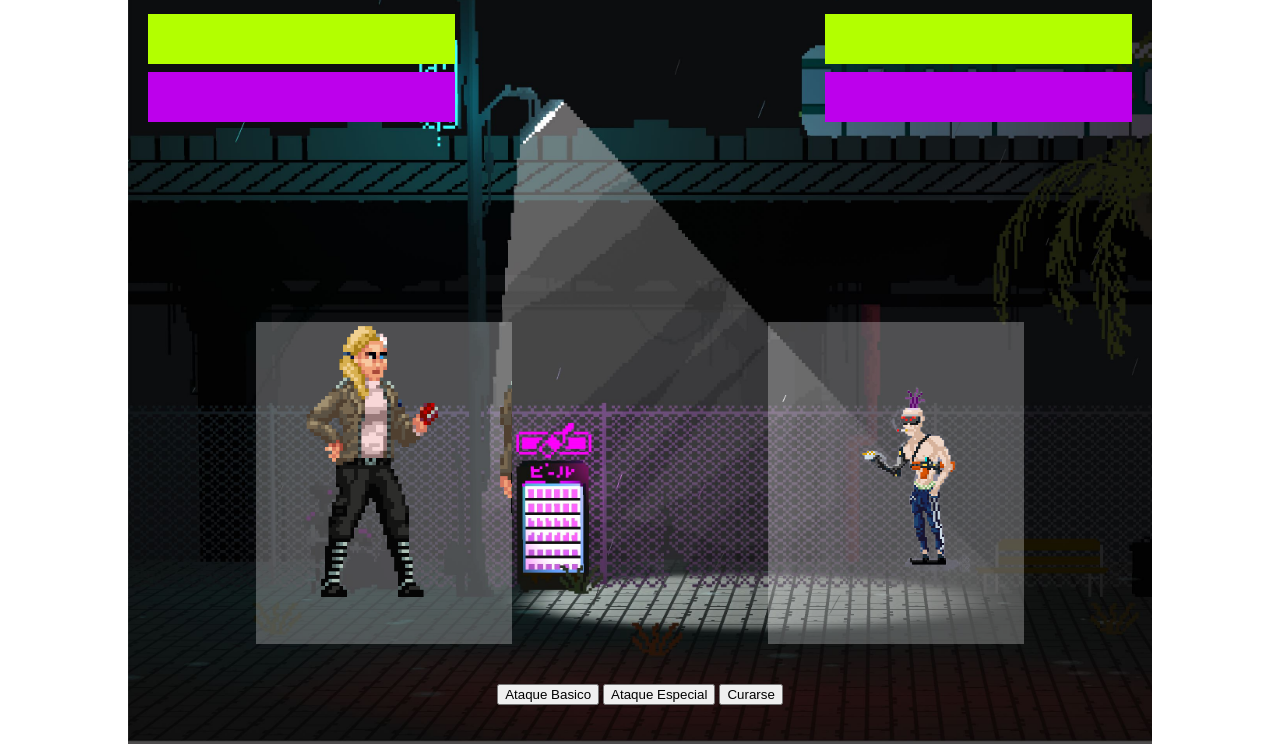
Repository: NovaDuel/novaduel-game
Page: index.html
These files come from the project's save history. The page is drawn as it stood at one moment and after the next save; the edit follows.
The browser window is 1280 px wide. The pictures show the whole page.

Above is the page before, as saved 2024-03-25 16:06:33.

After the next save:
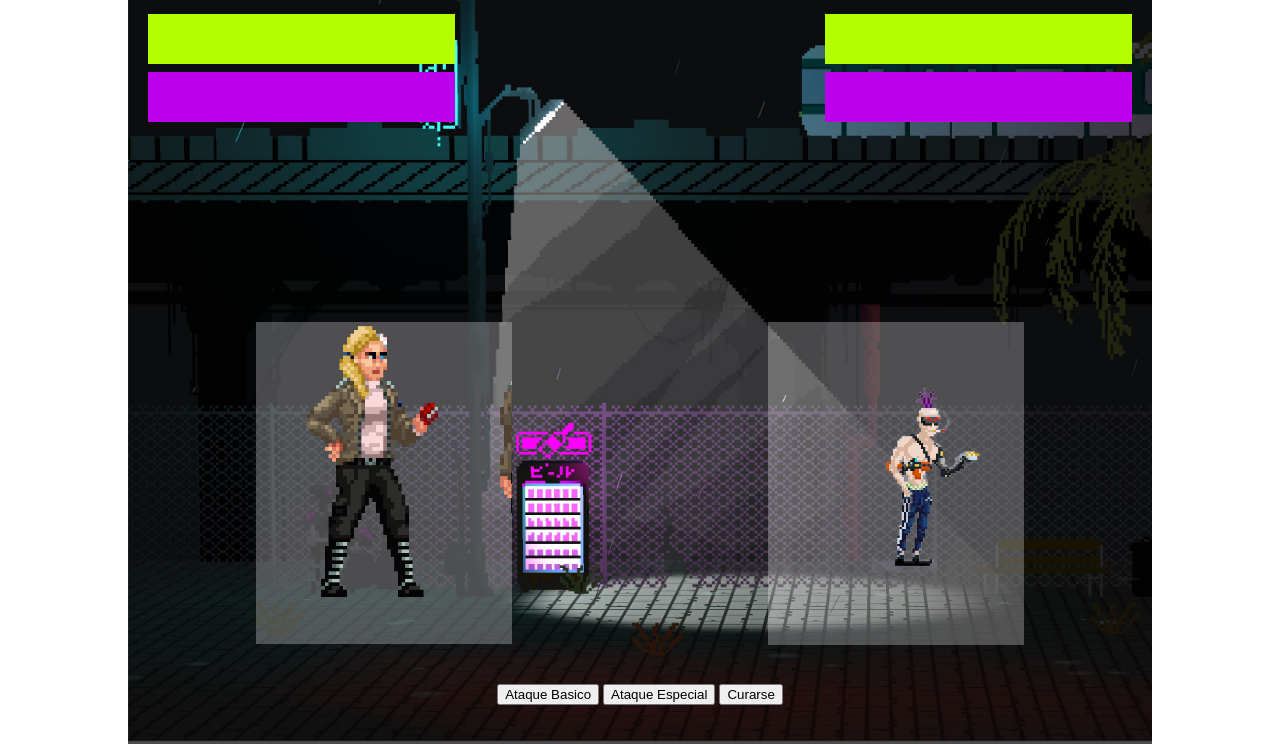
Saved 4 s later.
--- a/style.css
+++ b/style.css
@@ -66,7 +66,7 @@ body {
 }
 
 #enemy {
-    transform: scaleX(-1)
+    transform: scaleX(-1);
     background-position-x: -50px;
     background-size: cover;
     background-repeat: no-repeat;
